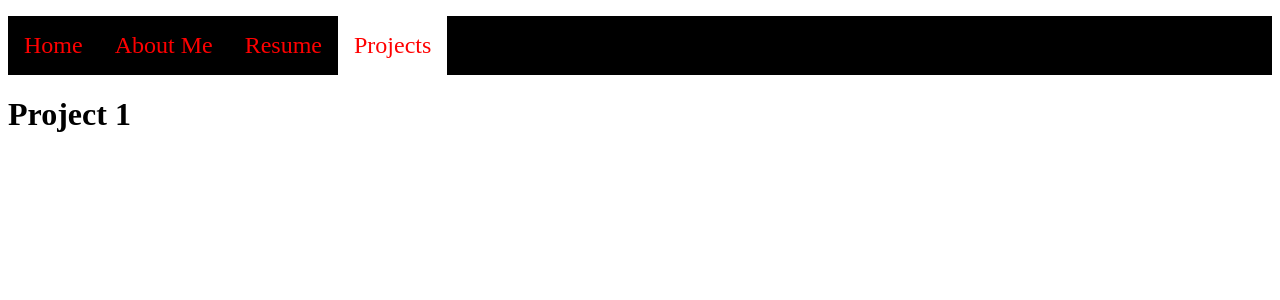
Repository: Kur0bane/Kur0bane.github.io
Page: project1.html
The author's editor kept a record of every edit. The page is drawn from the files as they stood at one moment, then again after the next edit.
The browser window is 1280 px wide. The pictures show the whole page.

Above is the page before.

After the next edit:
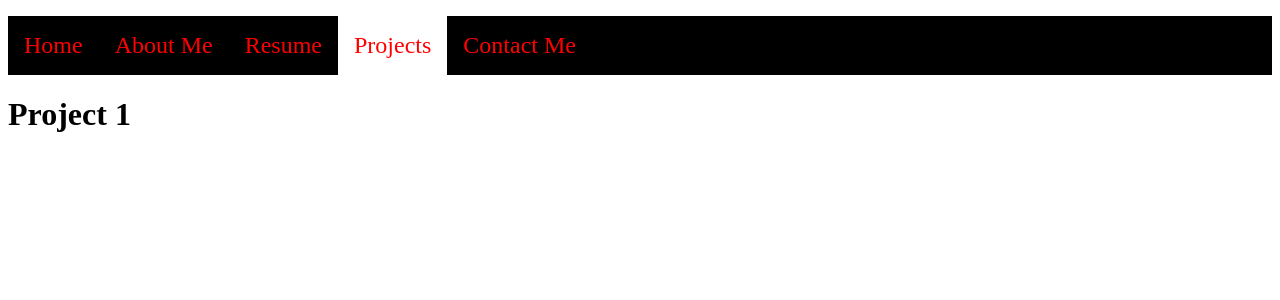
The edit:
--- a/project1.html
+++ b/project1.html
@@ -19,6 +19,7 @@
                     <li><a href="project3.html">Project 3</a></li>
                 </ul>
             </li>
+            <li><a href="contactme.html">Contact Me</a></li>
         </ul>
 
         <h1>Project 1</h1>
